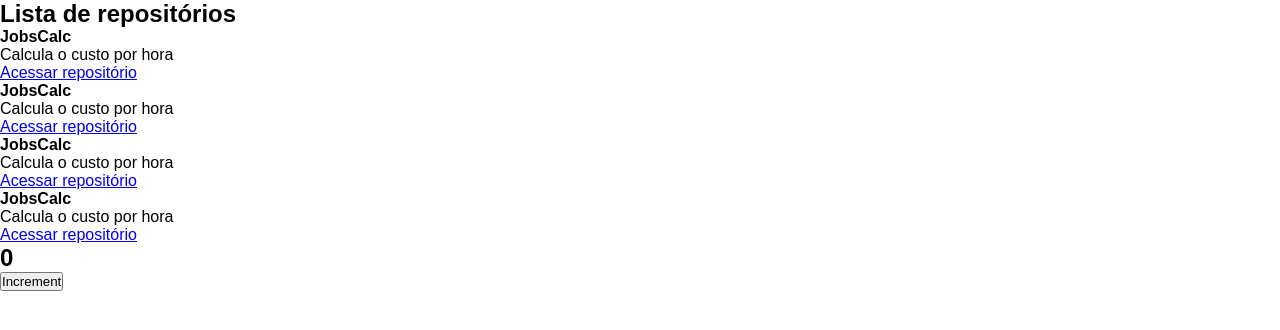
Repository: viniciusfg05/AnnotationReacts
Page: /
An editor plug-in stored every save of this project. The page is shown before and after the next save, followed by the edit.
The browser window is 1280 px wide. The pictures show the whole page.
The project was rebuilt for these pictures with package versions that can differ from the ones it lists, and the page was loaded fresh each time. Also part of the build but not shown: webpack.config.js.

Above is the page before, as saved 2022-02-17 16:28:08.

### public/index.html
<!DOCTYPE html>
<html lang="en">
  <head>
    <meta charset="UTF-8" />
    <meta name="viewport" content="width=device-width, initial-scale=1.0" />
    <title>ReactFundamentos</title>
  </head>
  <body>
    <div id="root"></div>

    <script src="../dist/bundle.js"></script>
  </body>
</html>

### src/index.jsx
import {render} from 'react-dom'
import { App } from './App'

render(<App />, document.getElementById('root'))

### src/App.jsx
import './styles/global.scss'
import { RepositoryList } from './components/RepositoryList'
import { Counter } from './components/Counter'

export function App() {
  return (
    <>
      <RepositoryList />
      <Counter />
    </>
  )
}

//Quando uma return mais de um componet, precisamos add um element pai, colocariamos uma div, mas futuramente isso pode atrapalhar no css e outro
//Usamos uma tag sem nada que se chama fraguimentos <> </> e não produz nada visual no html

//Por padrão p react não fica monitorando se algum estado está sendo alterado e rederizar novamente em tela
//Estado: variaveis que ele vai monitorarar
//Para isso vamos importar um elemento do react chamado useState "import { useState } from 'react'"

### src/styles/global.scss
* {
  margin: 0;
  padding: 0;
  box-sizing: border-box;
}

body {
  font: 16px 'Helvetica Neve', Arial, sans-serif;
}

### src/components/RepositoryList.jsx
import { RepositoryItens } from './RepositoryItens'

const repository = {
  name: 'JobsCalc',
  description: 'Calcula o custo por hora',
  link: 'https://github.com/viniciusfg05/JobsCalc'
}

export function RepositoryList() {
  return (
    <section className="repository-list">
      <h1>Lista de repositórios</h1>

      <ul>
        <RepositoryItens repository={repository} />
        <RepositoryItens repository={repository} />
        <RepositoryItens repository={repository} />
        <RepositoryItens repository={repository} />
      </ul>
    </section>
  )
}

//Enviar uma informação do componente pai assim nosso componente pai pode enviar

//Para acessar todas as propriedade que um componente recebe atraves dos agumentop da função dentro de props:

### src/components/Counter.jsx
import { useState } from 'react'

export function Counter() {
  const [counter, setCounter] = useState(0)

  function increment() {
    setCounter(counter + 1)
  }

  return (
    <div>
      <h2>{counter}</h2>
      <button type="button" onClick={increment}>
        Increment
      </button>
    </div>
  )
}

//"let count = 0" = somente assim ao clicar no batão não surje efeito vamos add assim:
//a variavel "count" vamos apagar e add, "counter e setCounter" -> pq?: como o elemento retorna um array, temos que passar a variavel que recebe [0] primeiro array e a outra [1] o proximo array ficando assim -> "let [counter, setCounter] = useState(0)"
//Trocamos para cosnt pq o vamos não vai mudar e sim passar para outra variavel -> "const [counter, setCounter] = useState(0)"
//setCounter - que dá a possibilidade de alterar o valor
//Dentro da função irá ficar assim "setCounter(counter + 1)" - passando o setCounter recenbendo couter + 1

### src/components/RepositoryItens.jsx
export function RepositoryItens(props) {
  return (
    <li>
      <strong>{props.repository.name ?? 'Defalt'}</strong>
      <p>{props.repository.description}</p>

      <a href={props.repository.link}>Acessar repositório</a>
    </li>
  )
}

After the next save:
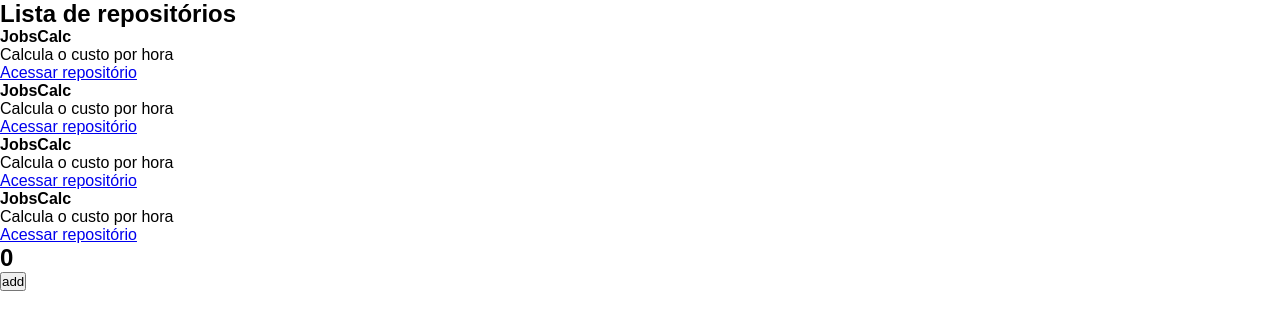
Saved 4 s later.
--- a/src/components/Counter.jsx
+++ b/src/components/Counter.jsx
@@ -11,7 +11,7 @@
     <div>
       <h2>{counter}</h2>
       <button type="button" onClick={increment}>
-        Increment
+        add
       </button>
     </div>
   )

After the save that followed:
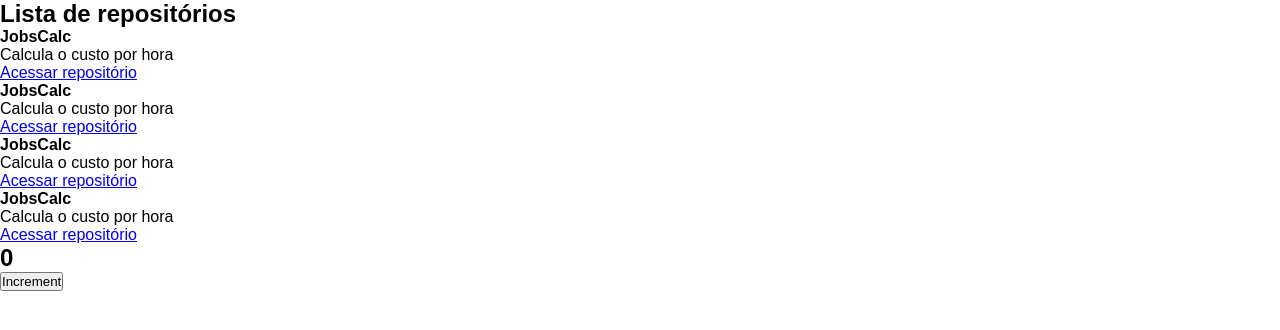
Saved 6 s later.
--- a/src/components/Counter.jsx
+++ b/src/components/Counter.jsx
@@ -11,7 +11,7 @@
     <div>
       <h2>{counter}</h2>
       <button type="button" onClick={increment}>
-        add
+        Increment
       </button>
     </div>
   )
